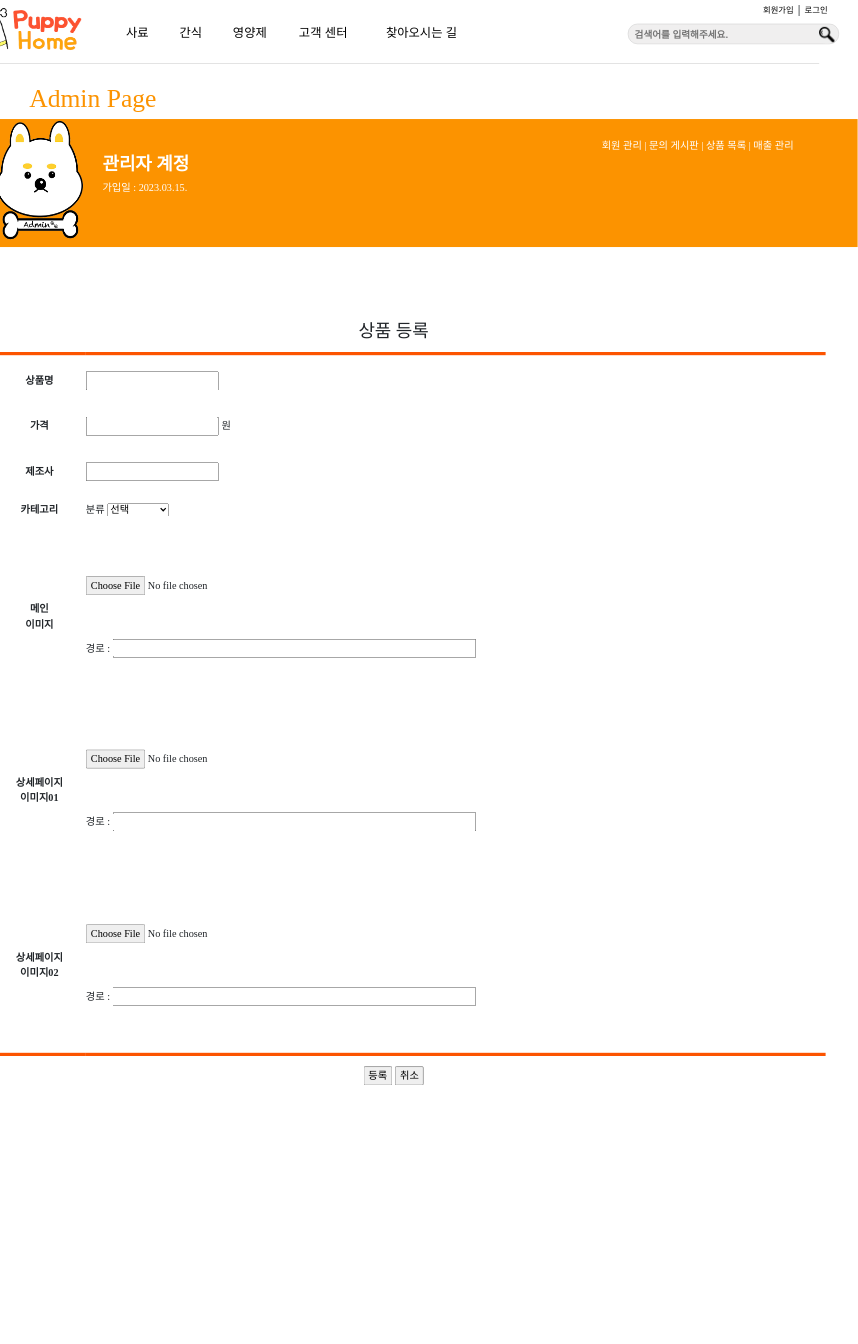
Repository: jiyekim315/puppyhome-shoppingmall
Page: http://localhost/Puppyhome/page/product/productRegister.jsp
The author's editor kept a copy of each file at every save. The page is drawn from the files as they stood at one save, then again after the next save.
The browser window is 1280 px wide. The page is 1340 px wide, so the pictures cover 1340 px, including what lies to the right of the window. The pictures show the whole page, at 64% of full size.
Some web fonts or font styles are not loaded; a fallback is used. The page is served by Tomcat 9. Other server files are loaded and not shown.

Above is the page before, as saved 2023-04-20 13:59:42.

### Shopping/Puppyhome/WebContent/page/product/productRegister.jsp
<%@ page contentType="text/html; charset=UTF-8" %>
<!DOCTYPE html>
<html>
<head>
<meta charset="UTF-8">
<link href="https://cdn.jsdelivr.net/npm/bootstrap@5.2.3/dist/css/bootstrap.min.css" rel="stylesheet" integrity="sha384-rbsA2VBKQhggwzxH7pPCaAqO46MgnOM80zW1RWuH61DGLwZJEdK2Kadq2F9CUG65" crossorigin="anonymous"> <%-- CDN 절대링크 --%>
<script src="https://cdn.jsdelivr.net/npm/bootstrap@5.3.0-alpha1/dist/js/bootstrap.bundle.min.js" integrity="sha384-w76AqPfDkMBDXo30jS1Sgez6pr3x5MlQ1ZAGC+nuZB+EYdgRZgiwxhTBTkF7CXvN" crossorigin="anonymous"></script> <%-- CDN 절대링크 --%>
<script src="https://code.jquery.com/jquery-3.6.3.js"></script> <%-- CDN 절대링크 --%>
<script src="http://cdnjs.cloudflare.com/ajax/libs/jquery-easing/1.3/jquery.easing.min.js"></script> <%-- CDN 절대링크 --%>
<title>PuppyHome 상품등록</title>
<link rel="shortcut icon" href="<%=request.getContextPath()%>/images/favicon.ico" type="image/x-icon"> <%-- 파비콘 --%>
<link rel="stylesheet" type="text/css" href="<%=request.getContextPath()%>/page/include/css/header.css"> <%-- header.css --%>
<link rel="stylesheet" type="text/css" href="<%=request.getContextPath()%>/page/include/css/footer.css"> <%-- footer.css --%>
<link rel="stylesheet" type="text/css" href="<%=request.getContextPath()%>/fontium/css/fontium.css"/>
<link rel="stylesheet" type="text/css" href="<%=request.getContextPath()%>/page/product/css/productRegister.css"/>
<style type="text/css">
@charset "UTF-8";
/* admin계정 UI */

/* 관리자 메인이미지  */
.adminMainpage {
	width: 1400px;
	height: 300px;
	position: relative;
	left: 50%;
	transform: translateX(-50%);
}

.profile_img {
	width: 1400px;
	height: 200px;
	padding-left: 50px;
	padding-right: 100px;
	background-color: #fc9300;
}

/*Admin Page 지정*/
.name {
	padding-top: 30px;
	padding-left: 10px;
	padding-right: 1000px;
	font-family: 'KIMM_Bold';
}

.myinfo {
	padding-left: 170px;
	padding-right: 100px;
	font-family: 'KIMM_Bold';
	color: white;
}

.myinfo_date {
	padding-left: 170px;
	padding-right: 100px;
	font-family: 'KIMM_Bold';
	color: white;
}

.meau {
	padding-top: 30px;
	padding-left: 800px;
	font-family: 'KIMM_Bold';
}

.meau a {
	color: white;
	text-decoration: none;
}
/* 상품 등록 리스트 테두리 */
.productTitle {
	width: 1400px;
	height: 180px;
	padding-top: 100px;
	padding-left: 50px;
	padding-right: 100px;
	font-family: 'KIMM_Bold';
}

.productForm {
	font-family: 'KIMM_Bold';
	width: 1300px;
	height: 1100px;
	border: none;
	border-top: 5px solid #FC5400;
	border-bottom: 5px solid #FC5400;
}
.table_div table {
	border-collapse: collapse;
}
.productForm th, td {
	text-align: centen;
	font-family: 'KIMM_Bold';
}
.input {
	font-family: 'KIMM_Bold';
}
#btn {
	border-color: #FC5400;
	background-color: #FC5400;
	color: #fff;
}
</style>

</head>
<body>
	<%-- 전체 영역 --%>
	<div class="wrap">
		<%-- 본문 영역(ui깨질시 본인이 ui 수정바람..) --%>

		<%-- 헤더 영역 --%>
		<header>
			<%-- header include --%>
			<jsp:include page="/page/include/header.jsp"/>
		</header>
		<section>
			<div class="main"> <%-- main 시작 --%>
				<form name="p" method="post" action="product_register_ok.shop">
				<div class="adminMainpage">	<%-- adminMainpage --%>


			<%-- admin 계정 --%>
			<h1 class="name" style="color: #fc9300">Admin Page</h1>
			<div class="profile_img" align="center">
			<%-- 이미지 클릭시 관리자 메인화면으로 이동 --%>
			<a href="adminMain.shop"><img width="150px" height="190px" align="left" alt="adminImage" src="<%=request.getContextPath()%>/images/admin.png"> </a>

				<div class="meau" align="right" style="color: white;">
					 <a href="mlist.shop">회원 관리</a> |
					 <a href="csboard.shop">문의 게시판</a> |
					 <a href="gslist.shop">상품 목록</a> |
					 <a href="aSales.shop">매출 관리</a>
				 </div>

				<h3 class="myinfo" align="left"><b>관리자 계정</b> <br>
				</h3> <div class="myinfo_date" align="left">가입일 : 2023.03.15.</div>	<br>
			</div> <%-- end profile_img : 이미지 div --%>
			</div> <%-- end adminMainpage : 관리자 계정 고정 --%>

				<%-- 상품 등록 form --%>
				<form action="product_register_ok.shop"  method="post" >
				<div class="productTitle">
					<h3 align="center">상품&nbsp;등록</h3><p>

					<%-- 상품 등록 --%>
					<table class="productForm" align="center">

						<tr><th></th></tr>

						<tr>
							<th>상품명</th>
							<td align="left"><input type="text" class="#" name="product_title"></td>
						</tr> <p>

						<tr><th></th></tr>

						<tr>
							<th><b>가격</b></th>
							<td align="left"><input type="text" class="#" name="product_price" width="1000px">&nbsp;원</td>
						</tr>

						<tr><th></th></tr>

						<tr>
							<th>제조사</th>
							<td align="left"><input type="text" class="#" name="product_maker"></td>
						</tr> <p>

						<tr>
							<th>카테고리</th>

							<td align="left"> <label>분류</label>
								<select name="product_type">
									<option value="">선택</option>
									<optgroup label="사료" id="feed" >
										<option value="퍼피">퍼피</option>
										<option value="어덜트">어덜트</option>
										<option value="시니어">시니어</option>
									<optgroup label="간식" id="gansik" value="gansik">
										<option value="껌간식">껌간식</option>
										<option value="일반간식">일반간식</option>
									<optgroup label="영양제" id="medicine" value="medicine">
										<option value="유산균">유산균</option>
										<option value="오메가3">오메가3</option>
								</select>
						</tr> <p>

						<tr><th></th></tr>
						<%-- 이미지는 images에만 있는 이미지는 업로드 하기! --%>
						<tr>
							<th>메인<br>이미지</th>
							<td align="left">
							<input id="image01" type="file" name="file" onchange="fileCheck01();" />
							<div class="select_img01" style="margin: 10px;"> <img src=""> </div>

							<script type="text/javascript">
							$("#image01").change(function() {
								if( this.files && this.files[0]) {
									var reader = new FileReader;
									reader.onload = function(data) {
										$(".select_img01 img").attr("src", data.target.result).width(500);
									}
									reader.readAsDataURL(this.files[0]);
								}
							});
							function fileCheck01() {
								var file = document.getElementById("image01");
								//파일 경로.
								var filePath = file.files[0].name;
								//전체경로를 \ 나눔.
								var filePathSplit = filePath.split('\\');
								console.log(filePath);
								$('#imagesrc01').val(filePath);
							}
							</script> <br>
							경로 : <input id="imagesrc01" type="text" name="product_cont1" size="60"  readonly="readonly">
							</td>
								<tr>
							<th>상세페이지<br>이미지01</th>
							<td align="left">
							<input id="image02" type="file" name="file" onchange="fileCheck02();" />
							<div class="select_img02" style="margin: 10px;"> <img src=""> </div>

							<script type="text/javascript">
							$("#image02").change(function() {
								if( this.files && this.files[0]) {
									var reader = new FileReader;
									reader.onload = function(data) {
										$(".select_img02 img").attr("src", data.target.result).width(500);
									}
									reader.readAsDataURL(this.files[0]);
								}
							});
							function fileCheck02() {
								var file = document.getElementById("image02");
								//파일 경로.
								var filePath = file.files[0].name;
								//전체경로를 \ 나눔.
								var filePathSplit = filePath.split('\\');
								console.log(filePath);
								$('#imagesrc02').val(filePath);
							}
							</script><br>
							경로 : <input id="imagesrc02" type="text" name="product_cont2" size="60" readonly="readonly">
							</td>
						</tr>
						<tr>
							<th>상세페이지<br>이미지02</th>
							<td align="left">
							<input id="image03" type="file" name="file" onchange="fileCheck03();" />
							<div class="select_img03" style="margin: 10px;"> <img src=""> </div>

							<script type="text/javascript">
							$("#image03").change(function() {
								if( this.files && this.files[0]) {
									var reader = new FileReader;
									reader.onload = function(data) {
										$(".select_img03 img").attr("src", data.target.result).width(500);
									}
									reader.readAsDataURL(this.files[0]);
								}
							});
							function fileCheck03() {
								var file = document.getElementById("image03");
								//파일 경로.
								var filePath = file.files[0].name;
								//전체경로를 \ 나눔.
								var filePathSplit = filePath.split('\\');
								console.log(filePath);
								$('#imagesrc03').val(filePath);
							}
							</script> <br>
							경로 : <input id="imagesrc03" type="text" name="product_cont3" size="60" readonly="readonly">
							</td>
						</tr>

					</table> <p><p>

					<input type="submit" value="등록" />
					<input type="reset" value="취소" onclick="location='productList.jsp'" />

				</div> </form><%-- end product--%>

				</div><%-- adminMainpage 끝--%>
			</div> <%-- end main --%>

			<%-- top버튼 삭제 X --%>
			<div id="topBtn">
				<span class="fonti um-arrow-circle-up um-3x icon"></span>TOP
			</div>
		</section>
	</div>
	<script type="text/javascript">

		<%-- top버튼 부분 --%>
		// 클릭 이벤트 핸들러
		$("#topBtn").click(function(e) {
			e.stopPropagation();
			$("html, body").animate({
				scrollTop : 0
			}, 'fast', 'easeOutCubic');
		});

		// 스크롤 이벤트 핸들러
		$(window).scroll(function() {
			if ($(window).scrollTop() == 0) {
				$("#topBtn").css("opacity", 0); // TOP 버튼 숨기기
			} else {
				$("#topBtn").css("opacity", 1); // TOP 버튼 나타내기
			}
		});
	</script>
</body>
</html>

### Shopping/Puppyhome/WebContent/page/include/css/header.css
@charset "UTF-8";

/* header.jsp UI */
/* 헤더 박스 부분 */
.headerbox{
	width : 100%;
	height : 105px;
       position: fixed;
       left: 50%;
       transform: translateX( -50% );
       border-bottom: 1px solid lightgray;
       background-color: white;
       z-index: 2;
}
/* 로고 이미지 */
#logoImage{
    position: fixed;
    left: 7.7%;
    top: 7%;
    transform: translateX( -50% );
}
/* 헤더 박스 안의 컨텐츠 */
.menubox{
    width: 1500px;
    height: 105px;
    position: fixed;
    left: 52%;
    transform: translateX( -50% );
}
/* 메뉴바 관련 */
.navbarbox{
    width: 650px;
    height: 80px;
    position: fixed;
    left: 36%;
    top: 19%;
    transform: translateX( -50% );
}
.navbarbox a{
    color: black;
    text-decoration: none;
    font-family: 'KIMM_Bold', sans-serif;
    font-size: larger;
    margin : 0px 28px 0px 28px;
}
.navbarbox a:active{
    color: orange;
}
#a2{
	margin-left : 30px;
}
/* 드롭박스 관련 */
#dropbtn{
    background-color: white;
    color: black;
    padding: 16px;
    font-family: 'KIMM_Bold', sans-serif;
    font-size: larger;
    border: none;
    margin-left: 12px;
}
#dropbtn:active{
    color: orange;
}
#dropdownbox{
    position: relative;
    display: inline-block;
}
#dropdown-content {
    display: none;
    position: absolute;
    background-color: #f1f1f1;
    min-width: 170px;
    box-shadow: 0px 8px 16px 0px rgba(0,0,0,0.2);
    z-index: 1;
}
#dropdown-content a {
    color: black;
    padding: 12px 16px;
    text-decoration: none;
    display: block;
}
#dropdownbox:hover #dropdown-content {
    display: block;
}
/* 회원가입, 로그인 관련 */
.memberbox{
    width: 196px;
    height: 95px;
    position: fixed;
    right: 5%;
    top: 5%;
}
.memberbox a{
    color: black;
    text-decoration: none;
    font-family: 'KIMM_Bold', sans-serif;
    font-size :small;
}
.memberbox a:hover{
    color: blue;
}
/* 검색창 관련 */
.searchbox{
    position: fixed;
    right: 4.8%;
    top: 30%;
    transform: translateX( -10% );
}
#search{
    width: 330px;
    height: 32px;
    font-size: 15px;
    font-weight: bold;
    border: 0.5px solid lightgrey;
    border-radius: 15px;
    outline: none;
    padding-left: 10px;
    background-color: rgb(240, 239, 239);
    z-index: 2;
}
#searchBtn{
    width: 32px;
    height: 29px;
    position: fixed;
    right: 0;
    top: 5%;
    transform: translateX(-10%);
    border: none;
    border-radius: 15px;
    padding: 0;
}
/* 위로 가기 버튼 관련 */
#topBtn{
    position: fixed;
    bottom: 45px;
    right: 5px;
    width: 60px;
    height: 47px;
    text-align: center;
    font-size: 15px;
    font-weight: bold;
    color: #787f83;
    transition: all 200ms ease-out;
    display: inline-block;
    z-index: 10;
}
#topBtn .icon{
    width: 100%;
    height: 100%;
    color: #787f83;
    cursor: pointer;
}
/* 클리어 */
   .clear{
	clear : both;
}

### Shopping/Puppyhome/WebContent/page/include/css/footer.css
@charset "UTF-8";

/* footer.jsp UI */
/* 푸터 박스 부분 */
#footerbox {
	width: 100%;
	height: 200px;
    font-size: x-small;
    font-family: 'KIMM_Bold', sans-serif;
    background-color: rgb(241, 241, 241);
}
/* 푸터 박스 안의 틀 */
#innerbox {
    width: 1300px;
    height: 180px;
    margin: auto;
}
/* 푸터 카테고리 관련 */
#categorybox {
    height: 30px;
    float: left;
    margin: 40px 0px 15px 0px;
}
#categorybox ul {
    padding: 0;
}
#categorybox li {
    list-style: none;
    list-style-type: none;
    float: left;
    margin-right: 30px;
}
#categorybox a {
    font-size: 12.5px;
    text-decoration: none;
    color: black;
}
/* 푸터 안내글 부분 */
#infobox {
    width: 1100px;
    height: 65px;
    float: left;
    text-align: left;
}
/* 나이스페이 마크 관련 */
#checkbox {
    width: 65px;
    height: 65px;
    text-align: center;
    float: right;
    margin-right: 30px;
}
input#checkIcon {
    background-image: url(../images/nicepay.png);
    background-color: transparent;
    background-repeat: no-repeat;
    background-position: 0px 0px;
    border: none;
    cursor: pointer;
    width: 55px;
    height: 64px;
}
/* 클리어 */
.clear {
	clear: both;
}

### Shopping/Puppyhome/WebContent/page/product/css/productRegister.css
@charset "UTF-8";

<style type="text/css">
	/* 폰트 CSS */
	@font-face {
		font-family: 'KIMM_Bold';
		src: url('https://cdn.jsdelivr.net/gh/projectnoonnu/noonfonts_2212@1.0/KIMM_Bold.woff2') format('woff2'); /* CDN 절대링크  */
		font-weight: 700;
		font-style: normal;
	}
	/* 되도록 안건드리는 영역 */
	* {
		box-sizing: border-box;
		-webkit-box-sizing: border-box;
		-moz-box-sizing: border-box;
	}
	html {
		height: 100%;
	}
	body {
		margin: 0px;
		height: 100%;
		padding: 0px;
	}
	header {
		width: 100%;
	    position: fixed;
		z-index: 2;
	}
	footer {
		bottom: 0;
		z-index: 5;
		position: relative;
	}
	.wrap {
		margin-top: -110px;
		min-height: 100%;
	    position: relative;
	}
	.main {
		width: 1400px;
		height: 2000px; /* UI 개발할 때 각 페이지에 맡게 해당 영역 px수치 수정해야함 / section이랑 px 맞춰야함 */
		position : relative;
		top: 105px;
		left: 50%;
        transform: translateX( -50% );

	}
	section {
		height: 2000px; /* UI 개발할 때 각 페이지에 맡게 해당 영역 px수치 수정해야함 / .main이랑 px 맞춰야함 */

	}
	/* 클리어 */
	.clear {
		clear: both;
	}
	/* 밑의 영역부터 css시작 */
	.container {
		width: 100%;
	}


	/*본문 css 시작*/

	/* 관리자 프로필 계정 NOTOCH */
	#adminMainpage {
		width: 1100x;
		height: 300px;
		position : relative;
		left: 50%;
        transform: translateX( -50% );
	}
	.profile_img{
		width: 1400px;
		height: 200px;
		padding-left: 50px;
		padding-right: 100px;
	}
	.name{ /*Admin Page 지정*/
		padding-top: 30px;
		padding-left: 10px;
		padding-right: 1000px;
		font-family: 'KIMM_Bold';
	}
	.myinfo {
	  	padding-left: 300px;
	  	padding-right: 100px;
	  	font-family: 'KIMM_Bold';
	 }
	.myinfo_date{
		padding-left: 300px;
	  	padding-right: 100px;
	  	font-family: 'KIMM_Bold';
	}
	.location {
		padding-top: 30px;
		padding-left: 800px;
		font-family: 'KIMM_Bold';
	}
	/* 상품 등록 전체 폼*/
	.productTitle{
		width: 1400px;
		height: 180px;
		padding-top: 100px;
		padding-left: 50px;
		padding-right: 100px;
		font-family: 'KIMM_Bold';
	}
	.productForm{
		font-family: 'KIMM_Bold';
		width: 1300px;
		height: 1100px;
		border:none;
	    border-top: 5px solid #FC5400;
	    border-bottom: 5px solid #FC5400;
	}
	.table_div table {
		border-collapse: collapse;
	}
	.table_div table th, td {
		text-align: centen;
		font-family: 'KIMM_Bold';
		border-bottom: 1px solid black;
	}
	.input{
		font-family: 'KIMM_Bold';
	}
</style>

### Shopping/Puppyhome/WebContent/page/include/footer.jsp
<%@ page contentType="text/html; charset=UTF-8" %>
<!DOCTYPE html>
<html>
<head>
<meta charset="UTF-8">
<script src="https://code.jquery.com/jquery-3.6.3.js"></script> <%-- CDN 절대링크 --%>
<script src="http://cdnjs.cloudflare.com/ajax/libs/jquery-easing/1.3/jquery.easing.min.js"></script> <%-- CDN 절대링크 --%>
<title>Footer</title>
<link rel="stylesheet" type="text/css" href="./css/footer.css">
<style type="text/css">
/* 폰트 CSS */
@font-face {
   font-family: 'KIMM_Bold';
   src:url('https://cdn.jsdelivr.net/gh/projectnoonnu/noonfonts_2212@1.0/KIMM_Bold.woff2') format('woff2');
   font-weight: 700;
   font-style: normal;
}

/* 메인 컨텐츠 부분 */
#wrap {
   width: 100%;
   height: 100%;
   text-align: center;
}

</style>
</head>
<body>
   <!-- footer -->
   <div id="footerbox">
      <div id="innerbox">
            <div id="categorybox">
                <ul>
                    <li><a href="javascript:void(0);" onclick="openPopup_service();">서비스 이용약관</a></li>
                    <li><a href="javascript:void(0);" onclick="openPopup_privacy();">개인정보 처리방침</a></li>
                    <li><a href="javascript:void(0);" onclick="openPopup_inquiry();">입점/제휴 문의</a></li>
                    <li><a href="javascript:void(0);" onclick="openPopup_company_introduce();">회사소개</a></li>
                </ul>
            </div>
            <div id="infobox">
                <br>주식회사 퍼피홈 &nbsp;&nbsp; | &nbsp;&nbsp; 대표자명 : 이용현 &nbsp;&nbsp; | &nbsp;&nbsp; 사업자 등록번호 : 120-87-00000 &nbsp;&nbsp; | &nbsp;&nbsp; 통신판매업신고번호 : 제 2023-서울강남-00000호 &nbsp;&nbsp; | &nbsp;&nbsp; 개인정보관리자 : 이용현 leeyoung0919@naver.com &nbsp;&nbsp; | &nbsp;&nbsp; TEL : 1644-0000
                <br>서울특별시 강남구 강남대로84길 16, 11층 &nbsp;&nbsp; | &nbsp;&nbsp; 구매안전(에스크로)서비스
                <br><br>© copyright (c) www.puppyhome.co.kr all rights reserved.
            </div>
            <div id="checkbox">
            <input type="image" id="checkIcon" src="<%=request.getContextPath()%>/images/nicepay.png" onclick="openPopup_certificate()" value="" alt="인증 마크 클릭 이동">
            </div>
        </div>
   </div>
   <!-- footer 끝 -->
   <script type="text/javascript">

      <%-- footer 부분 --%>
      // 서비스 이용약관 텍스트 클릭시 새창 열기
      function openPopup_service() {
           var page_width = '580';
           var page_height = '650';

           // 팝업을 가운데 위치시키기 위해 아래와 같이 값 구하기
           var page_left = Math.ceil((window.screen.width - page_width)/2);
           var page_top = Math.ceil((window.screen.height - page_height)/2);

       window.open("service.shop", "service",'width='+ page_width +', height='+ page_height +', left=' + page_left + ', top='+ page_top);

       }

      // 개인정보 처리 텍스트 클릭시 새창 열기
      function openPopup_privacy() {
           var page_width = '580';
           var page_height = '650';

           // 팝업을 가운데 위치시키기 위해 아래와 같이 값 구하기
           var page_left = Math.ceil((window.screen.width - page_width)/2);
           var page_top = Math.ceil((window.screen.height - page_height)/2);

       window.open("privacy.shop", "privacy",'width='+ page_width +', height='+ page_height +', left=' + page_left + ', top='+ page_top);

       }

      // 입점/제휴 문의 텍스트 클릭시 새창 열기
      function openPopup_inquiry() {
           var page_width = '580';
           var page_height = '555';

           // 팝업을 가운데 위치시키기 위해 아래와 같이 값 구하기
           var page_left = Math.ceil((window.screen.width - page_width)/2);
           var page_top = Math.ceil((window.screen.height - page_height)/2);

       window.open("inquiry.shop", "inquiry",'width='+ page_width +', height='+ page_height +', left=' + page_left + ', top='+ page_top);

       }

      // 인증 마크 클릭시 새창 열기
       function openPopup_certificate() {
           var page_width = '510';
           var page_height = '430';

           // 팝업을 가운데 위치시키기 위해 아래와 같이 값 구하기
           var page_left = Math.ceil((window.screen.width - page_width)/2);
           var page_top = Math.ceil((window.screen.height - page_height)/2);

       window.open("certificate.shop", "certificate",'width='+ page_width +', height='+ page_height +', left=' + page_left + ', top='+ page_top);

       }

      // 회사소개 클릭시 새창 열기
       function openPopup_company_introduce() {
           var page_width = '800';
           var page_height = '600';

           // 팝업을 가운데 위치시키기 위해 아래와 같이 값 구하기
           var page_left = Math.ceil((window.screen.width - page_width)/2);
           var page_top = Math.ceil((window.screen.height - page_height)/2);

       window.open("company_introduce.shop", "company_introduce",'width='+ page_width +', height='+ page_height +', left=' + page_left + ', top='+ page_top);

       }
   </script>
</body>
</html>

Loaded but not shown: Shopping/Puppyhome/WebContent/fontium/css/fontium.css (3035 lines, source omitted); Shopping/Puppyhome/WebContent/page/include/header.jsp (368 lines, source omitted)

After the next save:
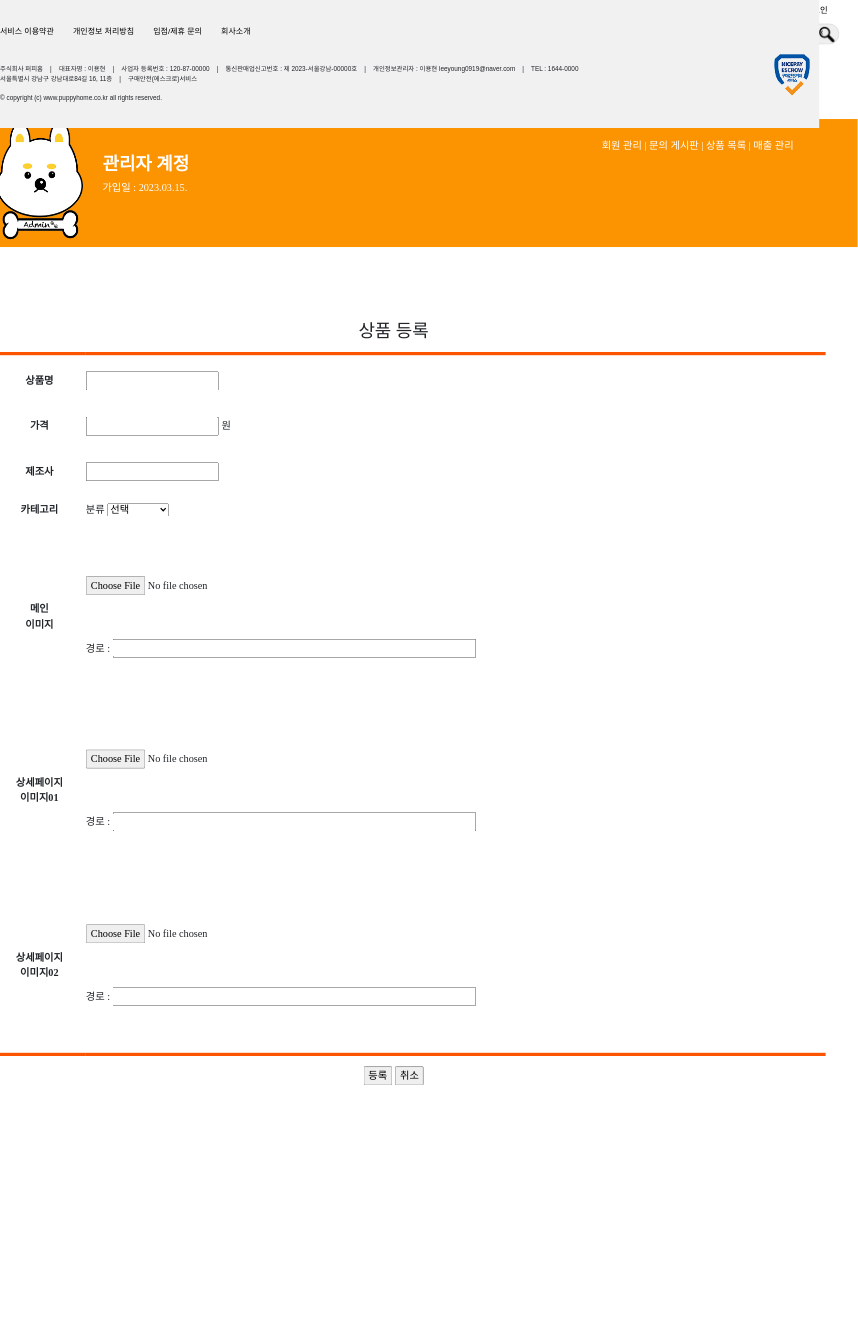
Saved 3 min 1 s later.
--- a/Shopping/Puppyhome/WebContent/page/product/productRegister.jsp
+++ b/Shopping/Puppyhome/WebContent/page/product/productRegister.jsp
@@ -288,6 +288,12 @@
 				<span class="fonti um-arrow-circle-up um-3x icon"></span>TOP
 			</div>
 		</section>
+	<%-- 푸터 영역 --%>
+	<footer>
+		<!-- footer -->
+		<jsp:include page="/page/include/footer.jsp"/>
+		<!-- footer 끝 -->
+	</footer>
 	</div>
 	<script type="text/javascript">
 
